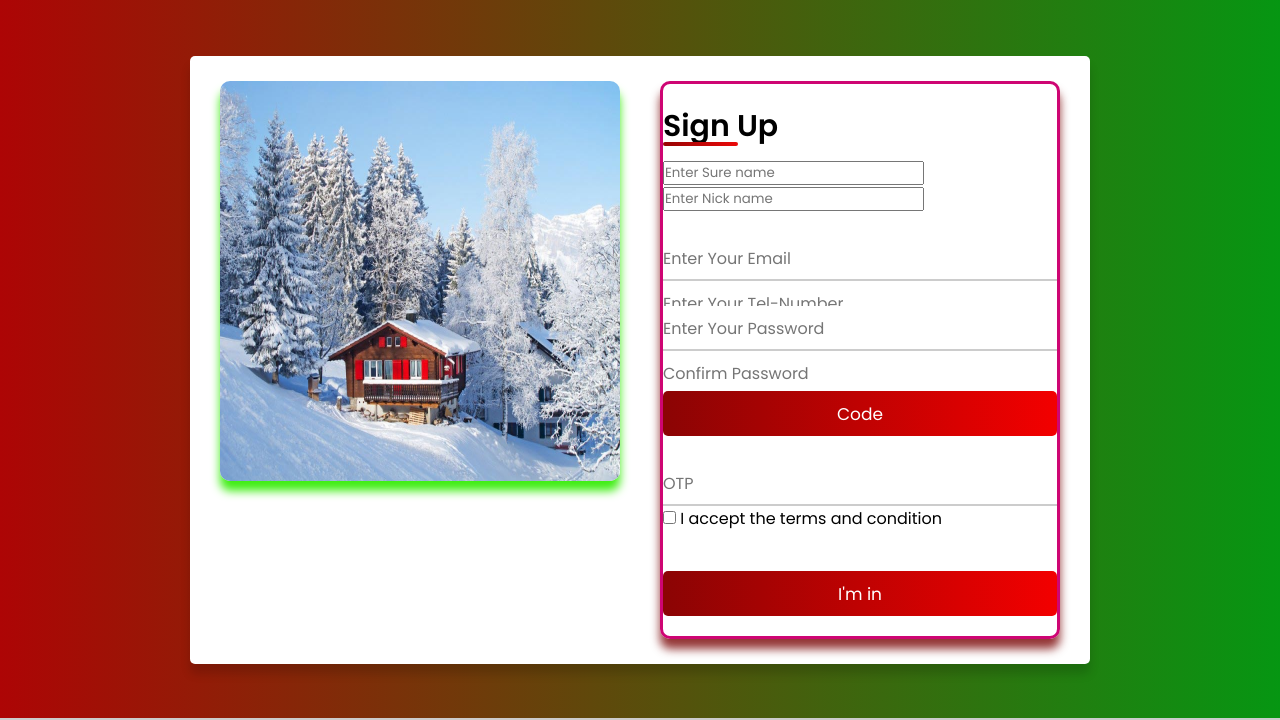
Repository: dev-ashik/Halloween
Page: Reg Page/Index.html
An editor plug-in stored every save of this project. The page is shown before and after the next save, followed by the edit.
The browser window is 1280 px wide. The pictures show the whole page.

Above is the page before, as saved 2021-12-21 22:14:02.

After the next save:
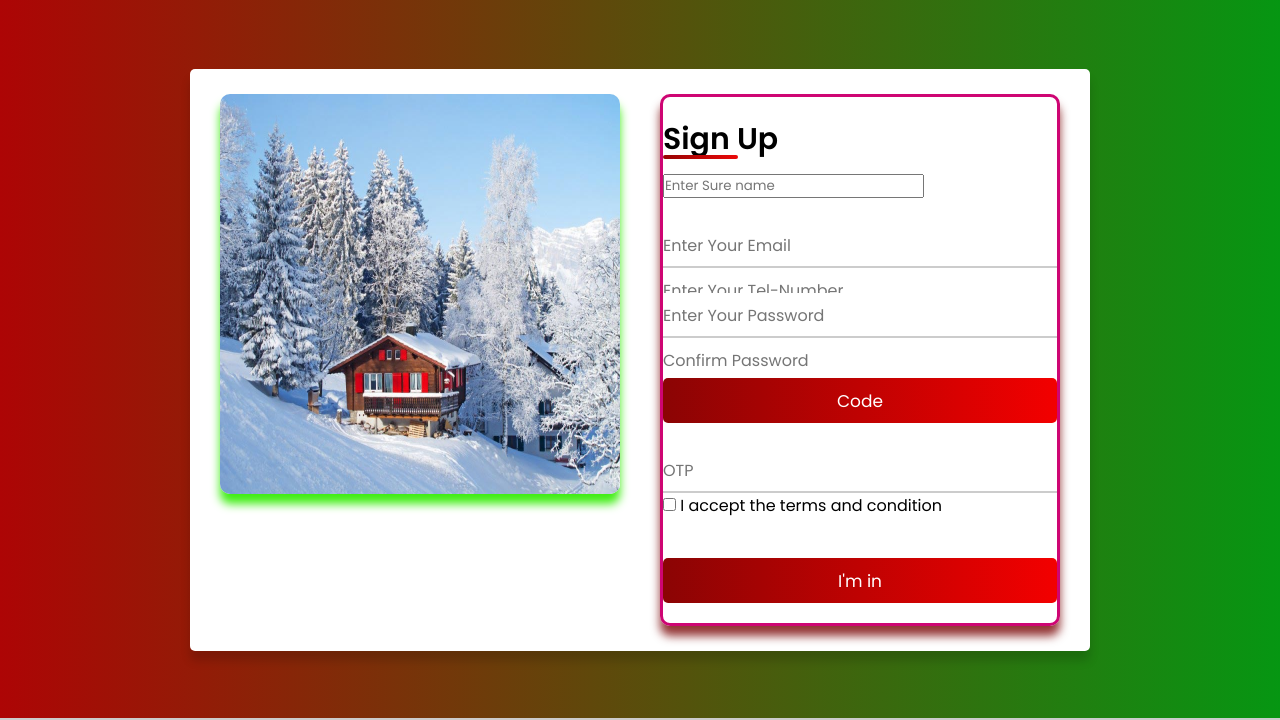
Saved 8 s later.
--- a/Reg Page/Index.html
+++ b/Reg Page/Index.html
@@ -19,8 +19,8 @@
                 <div class="title">Sign Up</div>
                 <div class="name">
                     <input type="text" placeholder="Enter Sure name" id="fn" required>
-                    <input type="text" placeholder="Enter Nick name" id="ln" required>
-                    <div class="underline"></div>
+                    <br/ <input type="text" placeholder="Enter Nick name" id="ln" required>
+                        <div class="underline"></div>
                 </div>
                 <div class="box underline">
                     <input type="text" placeholder="Enter Your Email" id="mail" required>

After the save that followed:
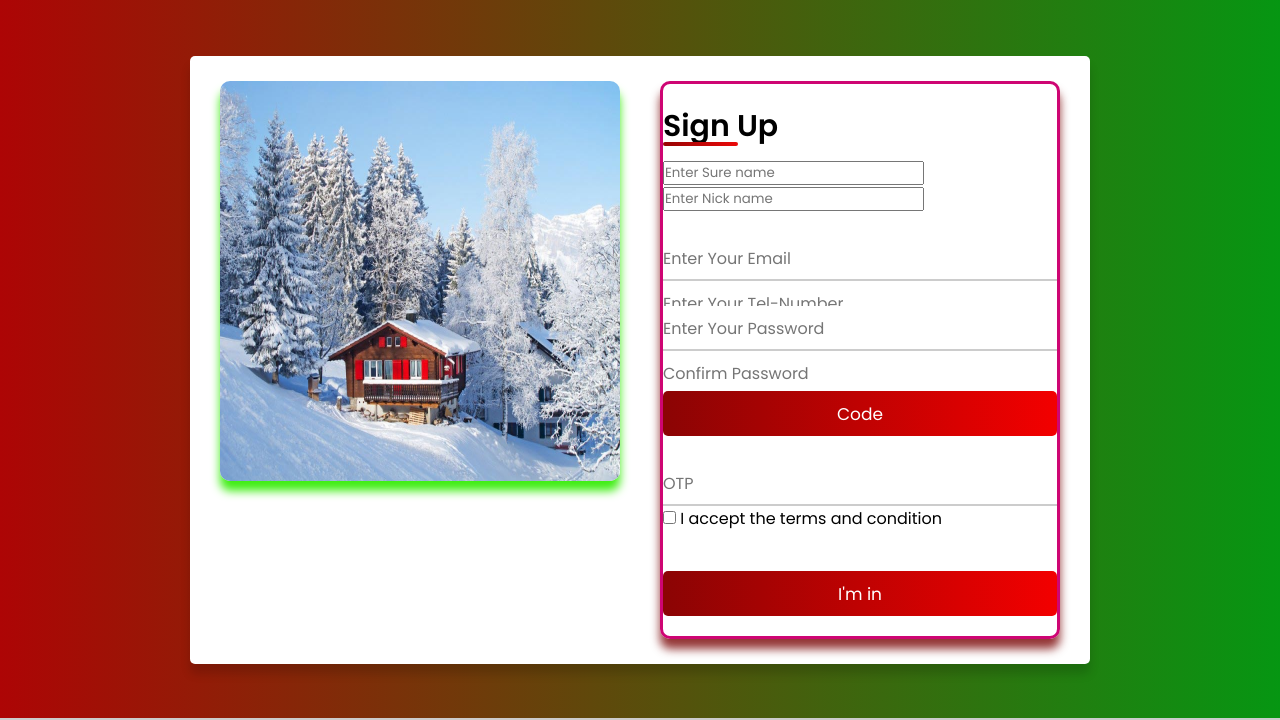
Saved 5 s later.
--- a/Reg Page/Index.html
+++ b/Reg Page/Index.html
@@ -19,8 +19,8 @@
                 <div class="title">Sign Up</div>
                 <div class="name">
                     <input type="text" placeholder="Enter Sure name" id="fn" required>
-                    <br/ <input type="text" placeholder="Enter Nick name" id="ln" required>
-                        <div class="underline"></div>
+                    <br/><input type="text" placeholder="Enter Nick name" id="ln" required>
+                    <div class="underline"></div>
                 </div>
                 <div class="box underline">
                     <input type="text" placeholder="Enter Your Email" id="mail" required>
